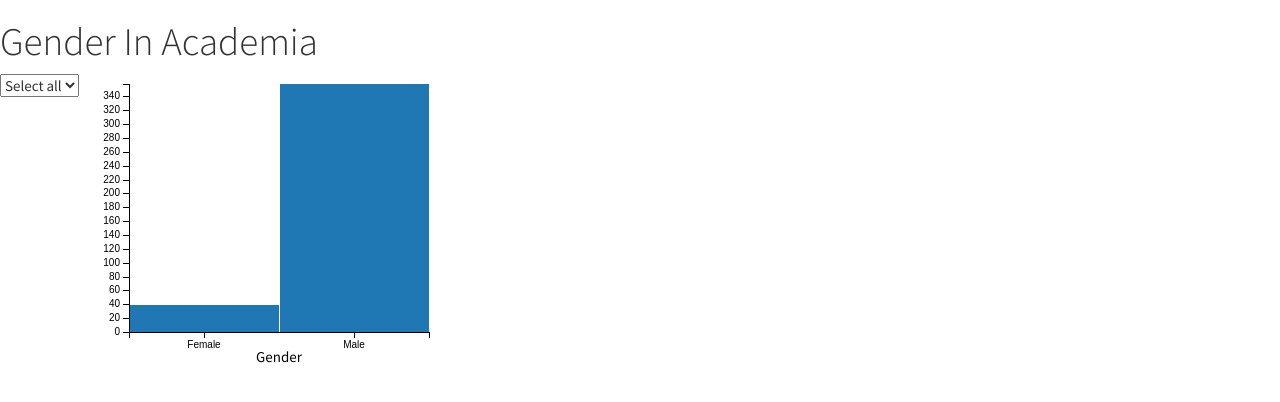
Repository: adonegan/dashboard
Page: index.html
The author's editor kept a record of every edit. The page is drawn from the files as they stood at one moment, then again after the next edit.
The browser window is 1280 px wide. The pictures show the whole page.

Above is the page before.
Console error: TypeError: Cannot read properties of null (reading 'textContent')

After the next edit:
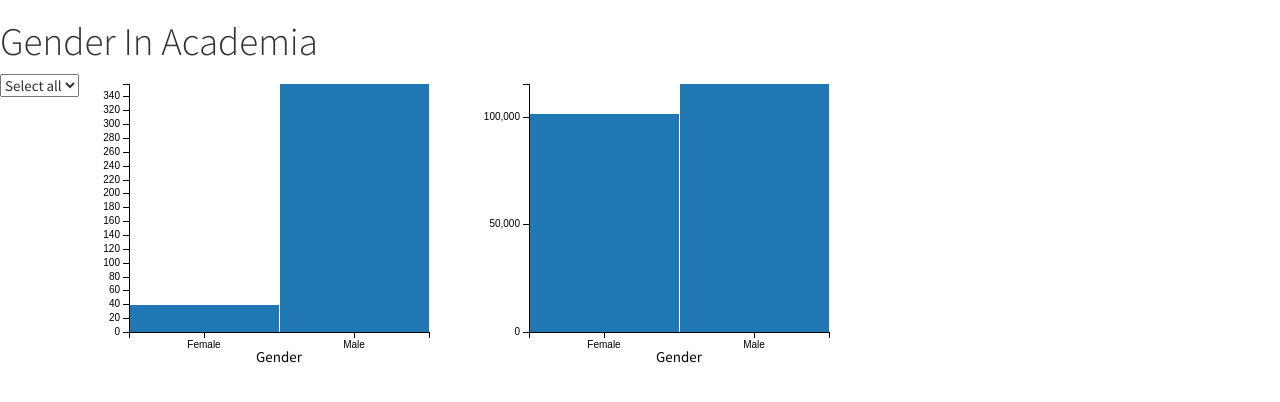
The error is gone.
The edit:
--- a/index.html
+++ b/index.html
@@ -23,6 +23,8 @@
 
     <div id="gender-balance"></div>
 
+    <div id="average-salary"></div>
+
 
 
 </body>
